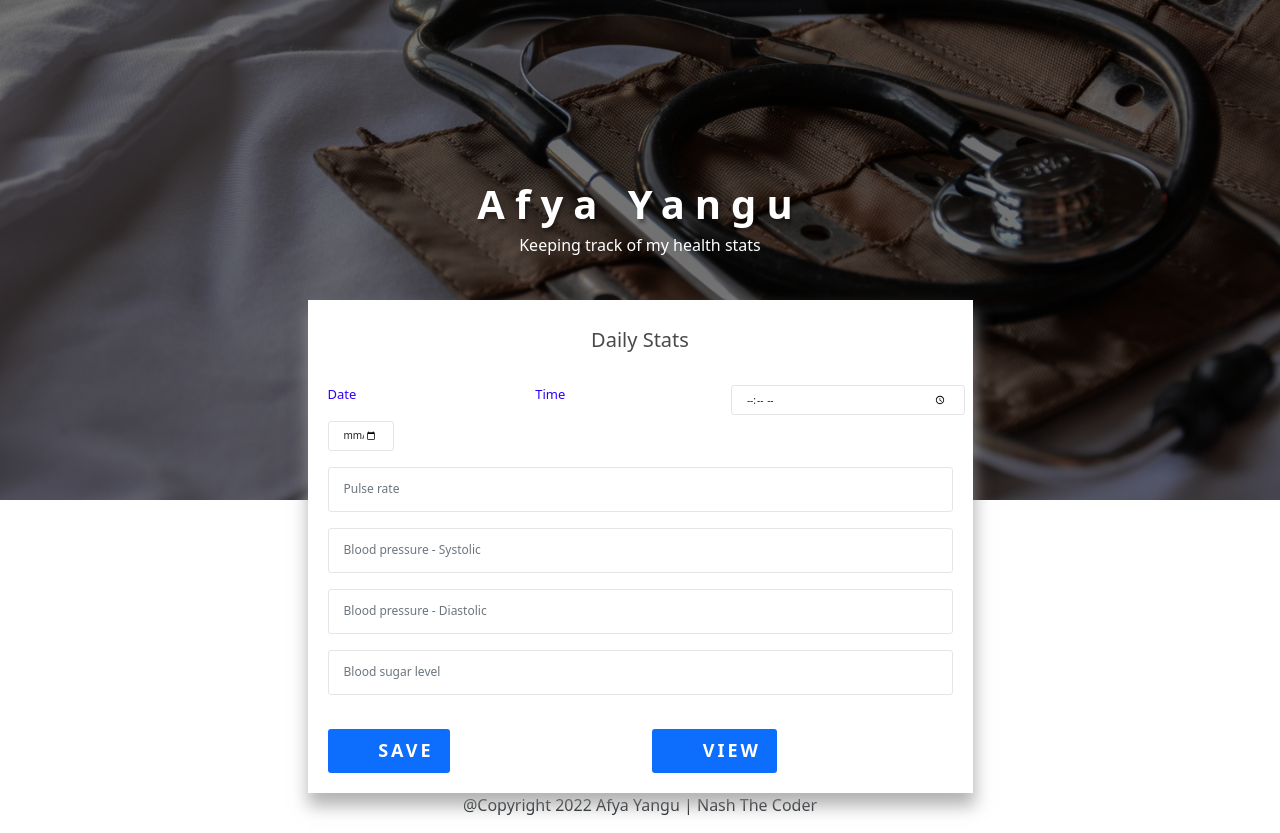
Repository: nashthecoder/afya_yangu
Page: /
The author's editor kept a copy of each file at every save. The page is drawn from the files as they stood at one save, then again after the next save.
The browser window is 1280 px wide. The pictures show the whole page.
The project was rebuilt for these pictures with package versions that can differ from the ones it lists, and the page was loaded fresh each time.

Above is the page before, as saved 2022-02-27 16:54:53.

### src/App.js
import React from 'react'
import Banner from './components/Banner'
import Form from './components/Form'
import Footer from './components/Footer'
function App() {
  return (
    <div className="App">
      <Banner />
      <Form />
      <Footer />
    </div>
  );
}

export default App;

### src/style.scss
@import '../node_modules/bootstrap/scss/bootstrap.scss';
/*********************************************/
/*             GENERAL CSS              */
/*********************************************/

body {
    width: 100%;
    position: relative;
}

p.main-form-text {
    font-size: 20px !important;
    font-weight: 500;
    color: #494949;
}

h3 {
    font-size: 40px;
    letter-spacing: 10px;
    font-weight: bold;
}

h4 {
    font-size: 16px;
}

img {
    width: 100%;
    height: 100%;
}

form {
    position: relative;
}

/*********************************************/
/*              UTILITY CSS             */
/*********************************************/

input,
input.form-control {
    color: #222;
    font-size: 12px;
    background: $white;
    padding: 0 15px;
    width: 100%;
    height: 45px;
    line-height: 46px;
    outline: none;
    border: 1px solid #e5e5e5;
    border-radius: 3px;
    box-shadow: none;
    transition: all 0.3s;
}

input.form-control-short {
    color: #222;
    font-size: 10px;
    background: $white;
    padding: 0 15px;
    width: 36%;
    height: 30px;
    line-height: 35px;
    outline: none;
    border: 1px solid #e5e5e5;
    border-radius: 3px;
    box-shadow: none;
    transition: all 0.3s;
}

.btn-primary {
    font-weight: 600;
    font-size: 18px;
    cursor: pointer;
    display: inline-block;
    text-transform: uppercase;
    border: none;
    color: $white;
    border-radius: 3px;
    transition: all 0.3s;
    letter-spacing: 3px;
}

.btn-primary:hover,
.btn-primary:focus {
    background-color: #2b2b2b;
}

.banner {
    background-image: url("./images/bg.jpg");
    min-height: 500px;
    padding: 40px 0px;
    position: relative;
    background-position: center center;
    background-size: cover;
    background-repeat: no-repeat;
}

.banner::before {
    content: "";
    width: 100%;
    height: 100%;
    opacity: 0.5;
    background-color: #000;
    position: absolute;
    top: 0;
}

.brand {
    text-shadow: 2px 4px 3px rgba(0, 0, 0, 0.3);
}

.caption-text {
    margin-top: 130px;
    color: $white;
    position: relative;
}

/*********************************************/
/*              BANNER CSS              */
/*********************************************/

.banner {
    background-image: url("./images/bg.jpg");
    min-height: 500px;
    padding: 40px 0px;
    position: relative;
    background-position: center center;
    background-size: cover;
    background-repeat: no-repeat;
}

.banner::before {
    content: "";
    width: 100%;
    height: 100%;
    opacity: 0.5;
    background-color: #000;
    position: absolute;
    top: 0;
}

.brand {
    text-shadow: 2px 4px 3px rgba(0, 0, 0, 0.3);
}

.caption-text {
    margin-top: 130px;
    color: $white;
    position: relative;
}

/*********************************************/
/*              FORM CSS                "/
/*********************************************/

.form-box #box-title {
    position: relative;
    padding: 10px;
    text-align: center;
}

.form-box #box-title p {
    margin-bottom: 0;
    font-size: 14px;
}

.fill-form {
    position: relative;
    margin: -210px auto 0px auto;
    box-shadow: 1px 12px 16px 1px rgba(153, 153, 153, 0.75);
    -webkit-box-shadow: 1px 12px 16px 1px rgba(153, 153, 153, 0.75);
    -moz-box-shadow: 1px 12px 16px 1px rgba(153, 153, 153, 0.75);
}

.fill-form .form-box__img {
    background-color: transparent;
}

.fill-form .form-box__content {
    padding: 20px;
    background-color: $white;
}

.row {
    padding-top: 10px;
    color: rgb(47, 0, 255);
    font-size: small;
}

/*********************************************/
/*               FOOTER CSS                  "/
/*********************************************/

footer p {
    margin: 55px 0px 60px 0px;
    font-size: 17px;
    font-weight: 600;
    color: transparent;
    -webkit-background-clip: text;
    -moz-background-clip: text;
    background-clip: text;
}

/*********************************************/
/*              MEDIA QUERIES CSS           "/
/*********************************************/

@media only screen and (min-width: 994px) and (max-width: 1398px) and (-webkit-min-device-pixel-ratio: 1) {
    .form-box #box-title {
        padding: 5px 20px 20px 20px;
    }
}

@media only screen and (min-width: 767px) and (max-width: 1196px) and (-webkit-min-device-pixel-ratio: 1) {
    .form-box #box-title {
        padding: 0px;
    }
    .fill-form .form-box__content {
        padding: 50px 50px 60px 50px;
    }
}

@media only screen and (min-width: 500px) and (max-width: 766px) and (-webkit-min-device-pixel-ratio: 1) {
    .form-box #box-title {
        padding: 0px;
    }
    .fill-form .form-box__content {
        padding: 50px 50px 60px 50px;
    }
    h3.brand {
        font-size: 30px;
    }
    .caption-text h4 {
        font-size: 14px;
    }
    .caption-text {
        margin-top: 110px;
    }
    footer {
        margin-bottom: 30px;
    }
    .form-box__img {
        display: none;
    }
}

@media only screen and (min-width: 360px) and (max-width: 499px) and (-webkit-min-device-pixel-ratio: 1) {
    .caption-text {
        margin-top: 30px;
    }
    h3.brand {
        font-size: 19px;
    }
    .banner {
        min-height: 400px;
    }
    .form-box__img {
        display: none;
    }
    footer {
        margin-bottom: 10px;
    }
}

@media only screen and (max-width: 359px) {
    .caption-text {
        margin-top: 30px;
    }
    h3.brand {
        font-size: 17px;
    }
    .caption-text h4 {
        font-size: 12px;
    }
    .banner {
        min-height: 400px;
    }
    .form-box__img {
        display: none;
    }
    .form-box #box-title {
        padding: 0px 30px 30px;
    }
}

### src/components/Banner.js
import React from 'react'

const Banner = () => {
    return (
        <>
        <header>
            <div className="banner">
                <div className="container">
                    <div className="row">
                        <div className="col-lg-9 offset-lg-3 mx-auto">
                            <div className="caption-text text-center">
                                <h3 className="brand">Afya Yangu</h3>
                                <h4> Keeping track of my health stats</h4>
                            </div>
                        </div>
                    </div>
                </div>
            </div>
        </header>
        </>
    )
}

export default Banner

### src/components/Form.js
import React from 'react'

const Form = () => {
    return (
        <>
        <section>
            <div className="container">
                <div className="row">
                <div className="col-lg-7 offset-lg-2 g-0 mx-auto">
                    <div className="fill-form form-box">
                            <div className="form-box__content">
                            <div id="box-title">
                                <p className="main-form-text">Daily Stats</p>
                            </div>
                            <div className="container">

                            </div>
                            <div class="row">
                                    <div class="col">
                                        <p>Date</p>
                                        <input
                                            class="form-control-short"
                                            id="date"
                                            name="date"
                                            placeholder="Date"
                                            type="date"
                                        />
                                    </div>
                                    <div class="col">
                                        <p>Time</p>
                                    </div>
                                    <input
                                        class="form-control-short"
                                        id="time"
                                        name="time"
                                        placeholder="Time"
                                        type="time"
                                    />
                            </div>
                            <form>
                                <div className="mt-3">
                                <input
                                    className="form-control"
                                    id="pulse-rate"
                                    name="pulse-rate"
                                placeholder="Pulse rate"
                                    type="number"
                                />
                                </div>
                                <div className="mt-3">
                                    <input
                                        class="form-control"
                                    id="systolic-number"
                                        name="systolic-number"
                                        placeholder="Blood pressure - Systolic"
                                        type="number"
                                    />
                                </div>
                                <div className="mt-3">
                                    <input
                                        className="form-control"
                                        id="diastolic-number"
                                        name="diastolic-number"
                                    placeholder="Blood pressure - Diastolic"
                                        type="number"
                                    />
                                </div>
                                <div className="mt-3">
                                    <input
                                        class="form-control"
                                    id="bloodSugar-level"
                                        name="bloodSugar-level"
                                        placeholder="Blood sugar level"
                                        type="number"
                                    />
                                </div>
                                <div className="d-grid mt-4">
                                <div class="container">
                                    <div class="row row-cols-2">
                                        <div class="col">
                                            <button class="btn btn-primary btn-lg" type="submit" value="Send Now">
                                                <svg
                                                xmlns="http://www.w3.org/2000/svg"
                                                width="27"
                                                height="27"
                                                fill="currentColor"
                                                class="bi bi-mailbox2"
                                                viewBox="0 0 16 16"
                                                >
                                                </svg>{" "}
                                                Save
                                            </button>
                                        </div>
                                        <div class="col">
                                            <button class="btn btn-primary btn-lg" type="submit" value="Send Now">
                                                <svg
                                                xmlns="http://www.w3.org/2000/svg"
                                                width="27"
                                                height="27"
                                                fill="currentColor"
                                                class="bi bi-mailbox2"
                                                viewBox="0 0 16 16"
                                                >
                                                </svg>{" "}
                                                View
                                            </button>
                                        </div>
                                    </div>
                                </div>
                                </div>
                            </form>
                            </div>
                        </div>
                    </div>
                </div>
                </div>
        </section>
        </>
    )
}

export default Form

### src/components/Footer.js
import React from 'react'

const Footer = () => {
    return (
        <>
        <div>
            <p className="footer text-center">@Copyright 2022 Afya Yangu | Nash The Coder</p>
        </div>
        </>
    )
}

export default Footer

Loaded but not shown: public/index.html (common file); src/index.js (common file); src/reportWebVitals.js (common file)

After the next save:
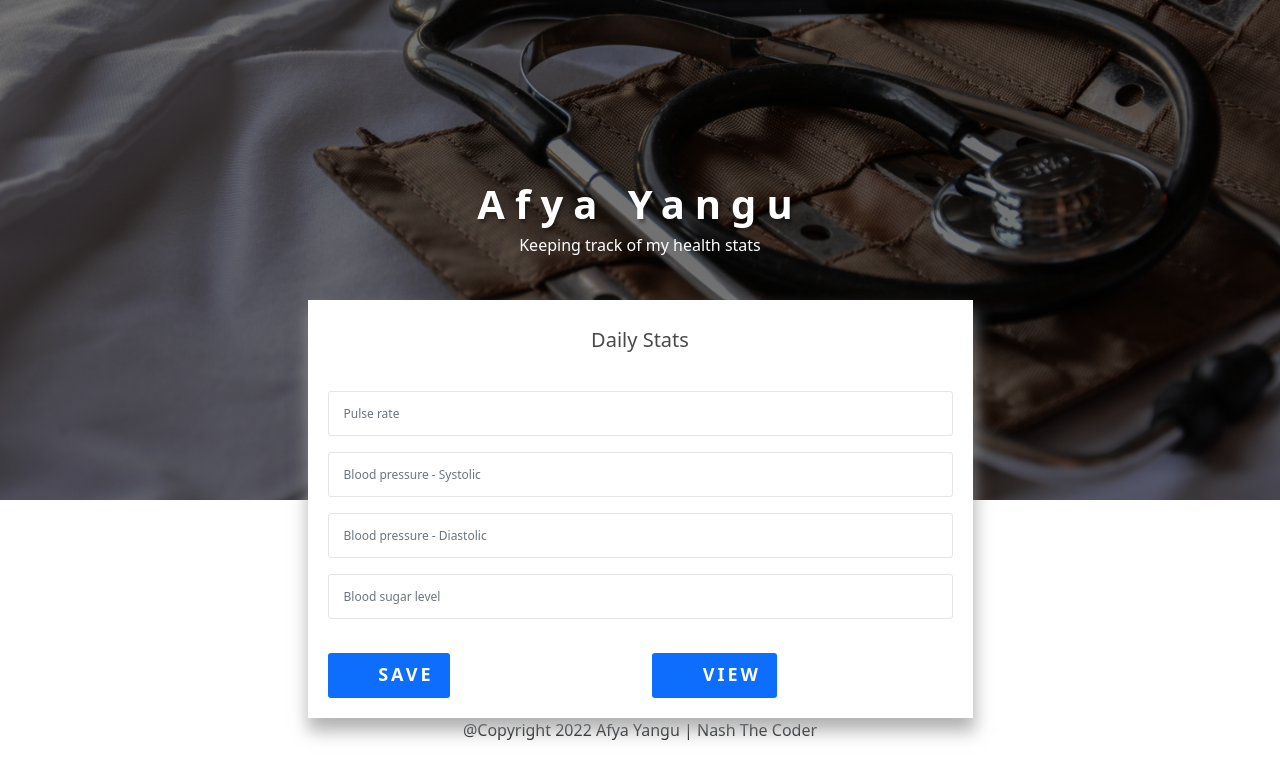
Saved 5 s later.
--- a/src/components/Form.js
+++ b/src/components/Form.js
@@ -15,28 +15,7 @@
                             <div className="container">
 
                             </div>
-                            <div class="row">
-                                    <div class="col">
-                                        <p>Date</p>
-                                        <input
-                                            class="form-control-short"
-                                            id="date"
-                                            name="date"
-                                            placeholder="Date"
-                                            type="date"
-                                        />
-                                    </div>
-                                    <div class="col">
-                                        <p>Time</p>
-                                    </div>
-                                    <input
-                                        class="form-control-short"
-                                        id="time"
-                                        name="time"
-                                        placeholder="Time"
-                                        type="time"
-                                    />
-                            </div>
+
                             <form>
                                 <div className="mt-3">
                                 <input

After the 3 saves that followed:
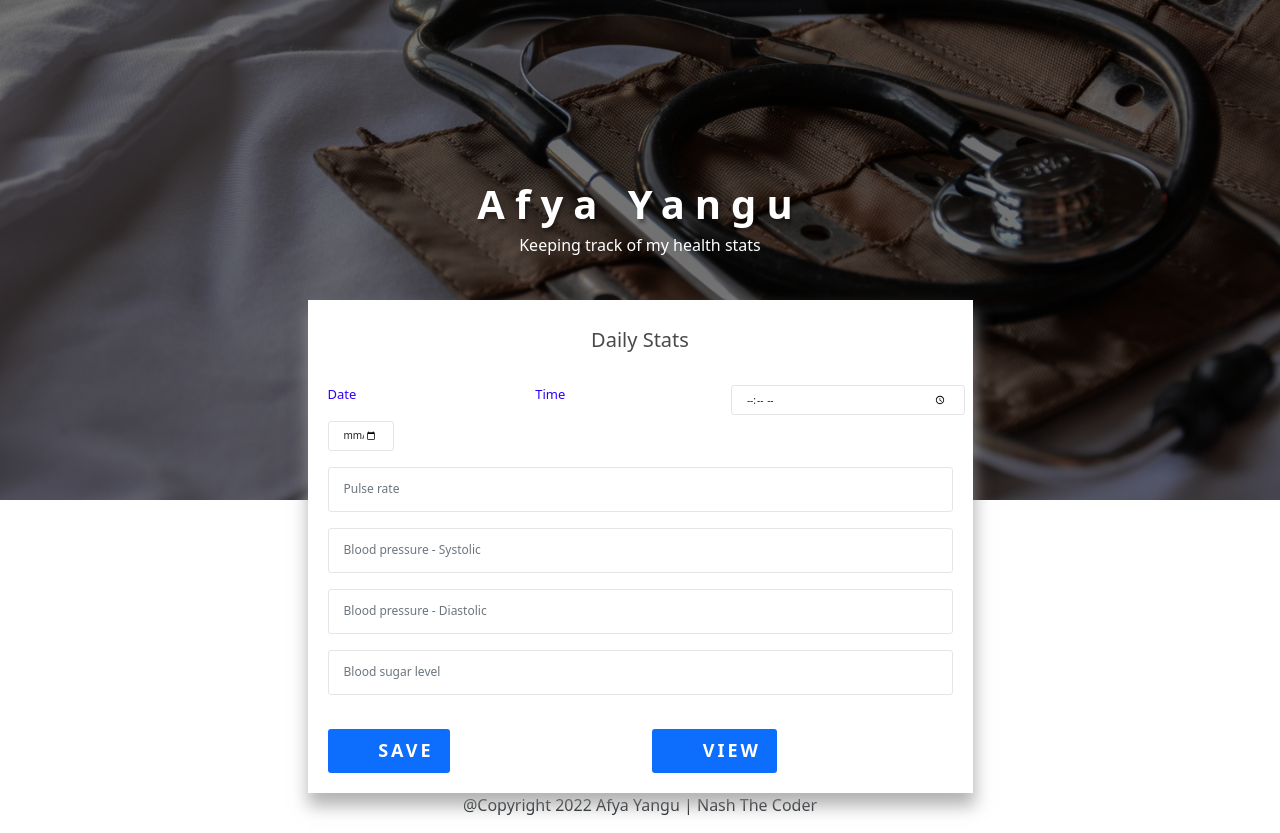
The 3 saves are shown as one change because 1 left the picture as it was and some came seconds apart.
The last was saved 9 s later.
--- a/src/components/Form.js
+++ b/src/components/Form.js
@@ -13,9 +13,29 @@
                                 <p className="main-form-text">Daily Stats</p>
                             </div>
                             <div className="container">
-
+                            <div class="row">
+                                    <div class="col">
+                                        <p>Date</p>
+                                        <input
+                                            class="form-control-short"
+                                            id="date"
+                                            name="date"
+                                            placeholder="Date"
+                                            type="date"
+                                        />
+                                    </div>
+                                    <div class="col">
+                                        <p>Time</p>
+                                    </div>
+                                    <input
+                                        class="form-control-short"
+                                        id="time"
+                                        name="time"
+                                        placeholder="Time"
+                                        type="time"
+                                    />
                             </div>
-
+                            </div>
                             <form>
                                 <div className="mt-3">
                                 <input
